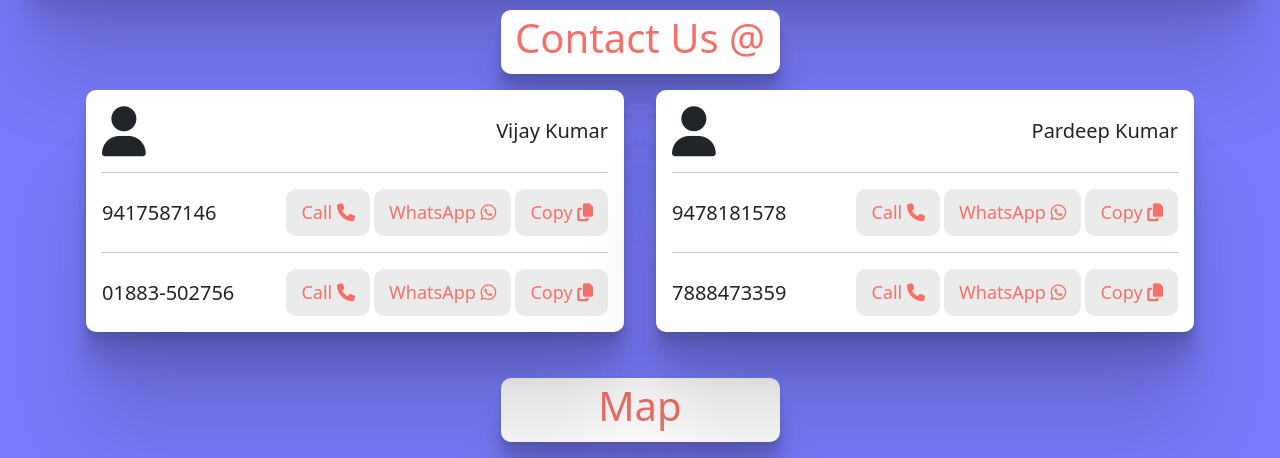
Repository: abhi-sharma27/courier
Page: index.html
These files come from the project's save history. The page is drawn as it stood at one moment and after the next save; the edit follows.
The browser window is 1280 px wide. The pictures show the part of the page from y = 438 to 896 px (the page is 1542 px tall before and 1572 px after).
Pictures or frames that could not be fetched are drawn as grey boxes. A picture or video elsewhere on the page could not be fetched, so the positions and the page height are approximate. Some web libraries are served in a nearby version.

Above is the page before, as saved 2021-03-20 22:48:21.

### index.html
<!DOCTYPE html>
<html>

<head>
  <title>Courier Service Mukerian</title>
  <link href="https://cdn.jsdelivr.net/npm/bootstrap@5.0.0-beta2/dist/css/bootstrap.min.css" rel="stylesheet"
    integrity="sha384-BmbxuPwQa2lc/FVzBcNJ7UAyJxM6wuqIj61tLrc4wSX0szH/Ev+nYRRuWlolflfl" crossorigin="anonymous">
  <script src="https://kit.fontawesome.com/27e27fd9bd.js" crossorigin="anonymous"></script>

  <link href='style.css' rel="stylesheet">
</head>

<body>
  <div class="m-3 shadow-1 br-10 z light-bg">
    <!-- header -->
    <nav class="d-flex justify-content-between align-items-center">
      <div class="m-3">Logo 1</div>
      <div class="d-flex justify-content-between align-items-center">
        <p class="m-3 cp inactive-nav">Contact</p>
        <p class="m-3 cp inactive-nav active-nav">Home</p>
        <p class="m-3 cp inactive-nav">Map</p>
      </div>
      <div class="m-3">Logo 2</div>
    </nav>

  </div>
  <!-- banner -->
  <section class="m-3 shadow-1 br-10 z light-bg">
    <div class="row">
      <div class="container d-flex justify-content-between align-items-center">
        <div class="banner-heading">
          <h1 class="f70">DTDC Courier <br /> <span class="services-heading">Services Mukerian</span></h1>
          <button class="call-us-btn">Call us @01883-502756 <i class="fas fa-phone"></i></button>
        </div>
        <div>
          <img class="banner-img" src='./assets/images/dtdc.webp' />
        </div>
      </div>
    </div>
  </section>

  <!-- contact cards -->
  <section class="container mx-30">
    <div class="shadow-1 br-10 z light-bg contact text-center p-1">
      <h1 class="services-heading">Contact Us @</h1>
    </div>
    <div class="row">
      <div class="col m-3 shadow-1 br-10 z light-bg p-3">
        <div class="d-flex align-items-center justify-content-between">
          <i class="fas fa-user contact-usr"></i>
          <div>
            <p class="mb-0 f20">Vijay Kumar</p>
          </div>
        </div>
        <hr />
        <div class="d-flex align-items-center justify-content-between">
          <p class="mb-0 f20">9417587146</p>
          <div>
            <button class="call-us-btn contact-btn">Call <i class="fas fa-phone"></i></button>
            <button class="call-us-btn contact-btn">WhatsApp <i class="fab fa-whatsapp"></i></button>
            <button class="call-us-btn contact-btn">Copy <i class="fas fa-copy"></i></button>
          </div>
        </div>
        <hr />
        <div class="d-flex align-items-center justify-content-between">
          <p class="mb-0 f20">01883-502756</p>
          <div>
            <button class="call-us-btn contact-btn">Call <i class="fas fa-phone"></i></button>
            <button class="call-us-btn contact-btn">WhatsApp <i class="fab fa-whatsapp"></i></button>
            <button class="call-us-btn contact-btn">Copy <i class="fas fa-copy"></i></button>
          </div>
        </div>
        <!-- <p>01883-502756</p> -->
      </div>
      <div class="col m-3 shadow-1 br-10 z light-bg p-3">
        <div class="d-flex align-items-center justify-content-between">
          <i class="fas fa-user contact-usr"></i>
          <div>
            <p class="mb-0 f20">Pardeep Kumar</p>
          </div>
        </div>
        <hr />
        <div class="d-flex align-items-center justify-content-between">
          <p class="mb-0 f20">9478181578</p>
          <div>
            <button class="call-us-btn contact-btn">Call <i class="fas fa-phone"></i></button>
            <button class="call-us-btn contact-btn">WhatsApp <i class="fab fa-whatsapp"></i></button>
            <button class="call-us-btn contact-btn">Copy <i class="fas fa-copy"></i></button>
          </div>
        </div>
        <hr />
        <div class="d-flex align-items-center justify-content-between">
          <p class="mb-0 f20">7888473359</p>
          <div>
            <button class="call-us-btn contact-btn">Call <i class="fas fa-phone"></i></button>
            <button class="call-us-btn contact-btn">WhatsApp <i class="fab fa-whatsapp"></i></button>
            <button class="call-us-btn contact-btn">Copy <i class="fas fa-copy"></i></button>
          </div>
        </div>
        <!-- <p>01883-502756</p> -->
      </div>

    </div>
  </section>

  <section class="container mx-30">
    <div class="shadow-1 br-10 z light-bg contact text-center p-1 mb-3">
      <h1 class="services-heading">Map</h1>
    </div>
    <div class="shadow-1 br-10 z light-bg">
      <iframe src="https://www.google.com/maps/embed?pb=!1m23!1m12!1m3!1d108332.69170512451!2d75.54844228621926!3d31.95013527781443!2m3!1f0!2f0!3f0!3m2!1i1024!2i768!4f13.1!4m8!3e6!4m0!4m5!1s0x391b992952aa2489%3A0xc25a749a29d1455a!2sdtdc%20mukerian!3m2!1d31.9501545!2d75.6174525!5e0!3m2!1sen!2sin!4v1616260292425!5m2!1sen!2sin" height="600" width='100%' style="border:0;" allowfullscreen="" loading="lazy"></iframe>
    </div>

  </section>

</body>

</html>

### style.css
body {
  background-color: #787bf9;
  padding: 10px;
}

.shadow-1 {
  box-shadow:
  0 2.8px 2.2px rgba(0, 0, 0, 0.034),
  0 6.7px 5.3px rgba(0, 0, 0, 0.048),
  0 12.5px 10px rgba(0, 0, 0, 0.06),
  0 22.3px 17.9px rgba(0, 0, 0, 0.072),
  0 41.8px 33.4px rgba(0, 0, 0, 0.086),
  0 100px 80px rgba(0, 0, 0, 0.12);
}

.br-10 {
  border-radius: 10px;
}
.z {
  z-index: 2;
}

.mx-30 {
  margin-top: 30px !important;
  margin-bottom: 30px !important;
}

.light-bg {
  background-color: white;
}

.cp {
  cursor: pointer;
}

.f70 {
  font-size: 70px;
}
.f20 {
  font-size: 20px;
}
.active-nav {
  background-color: #ebebeb;
  padding: 10px;
  border-radius: 10px;
}
/* .inactive-nav:hover {
  background-color: #ebebeb;
  padding: 10px;
  border-radius: 10px;
} */

.banner-heading {
  font-size: 70px;
  color: #333547;
  margin-left: 100px;
}
.services-heading {
  color: #f37168;
}
.banner-img {
  max-width: 700px;
}
.call-us-btn {
  background-color: #ebebeb;
  color: #f37168;
  padding: 10px 15px;
  font-size: 30px;
  border-radius: 10px;
  cursor: pointer;
  text-transform: capitalize;
  border: none;

  transition: background-color 200ms ease-in-out;
}
.call-us-btn:hover {
  background-color: #333547;
}


.contact {
  width: 25%;
  margin: auto;
}
.contact-btn {
  font-size: 18px;
}
.contact-usr {
  font-size: 50px;
}

After the next save:
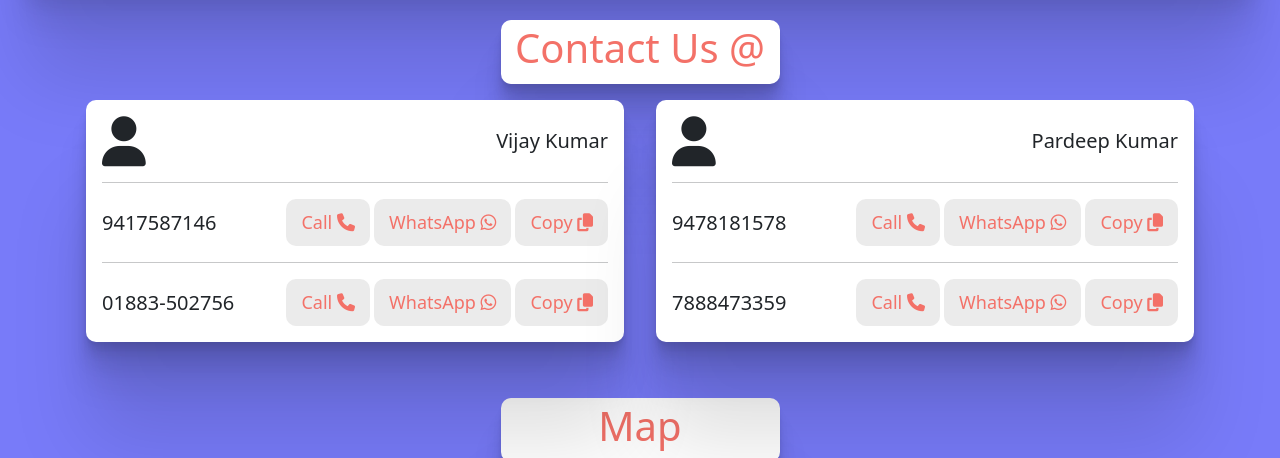
Saved 42 s later.
--- a/style.css
+++ b/style.css
@@ -21,8 +21,8 @@
 }
 
 .mx-30 {
-  margin-top: 30px !important;
-  margin-bottom: 30px !important;
+  margin-top: 40px !important;
+  margin-bottom: 40px !important;
 }
 
 .light-bg {
